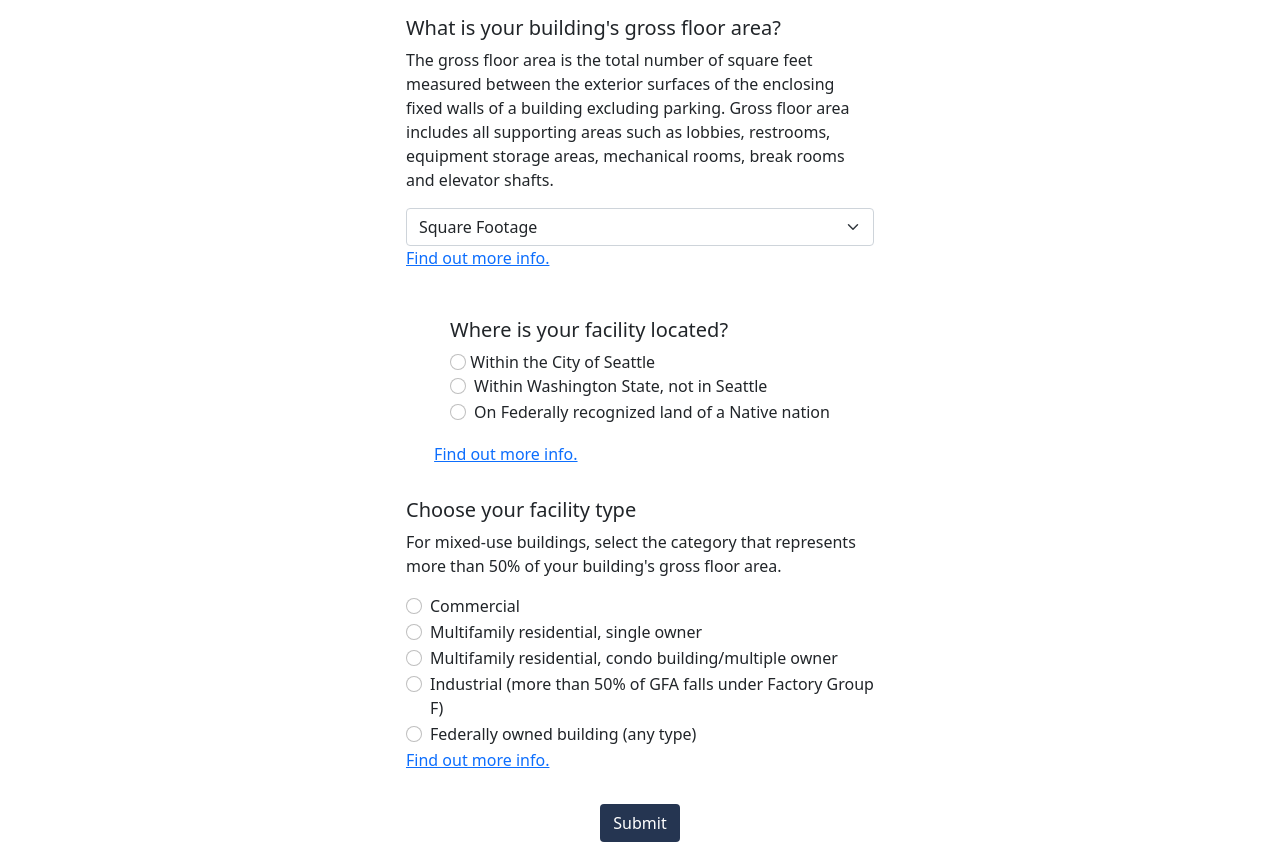
Repository: ChaidGPT/SershonSystemsQuiz
Page: index.html
An editor plug-in stored every save of this project. The page is shown before and after the next save, followed by the edit.
The browser window is 1280 px wide. The pictures show the whole page.

Above is the page before, as saved 2023-07-07 11:39:58.

After the next save:
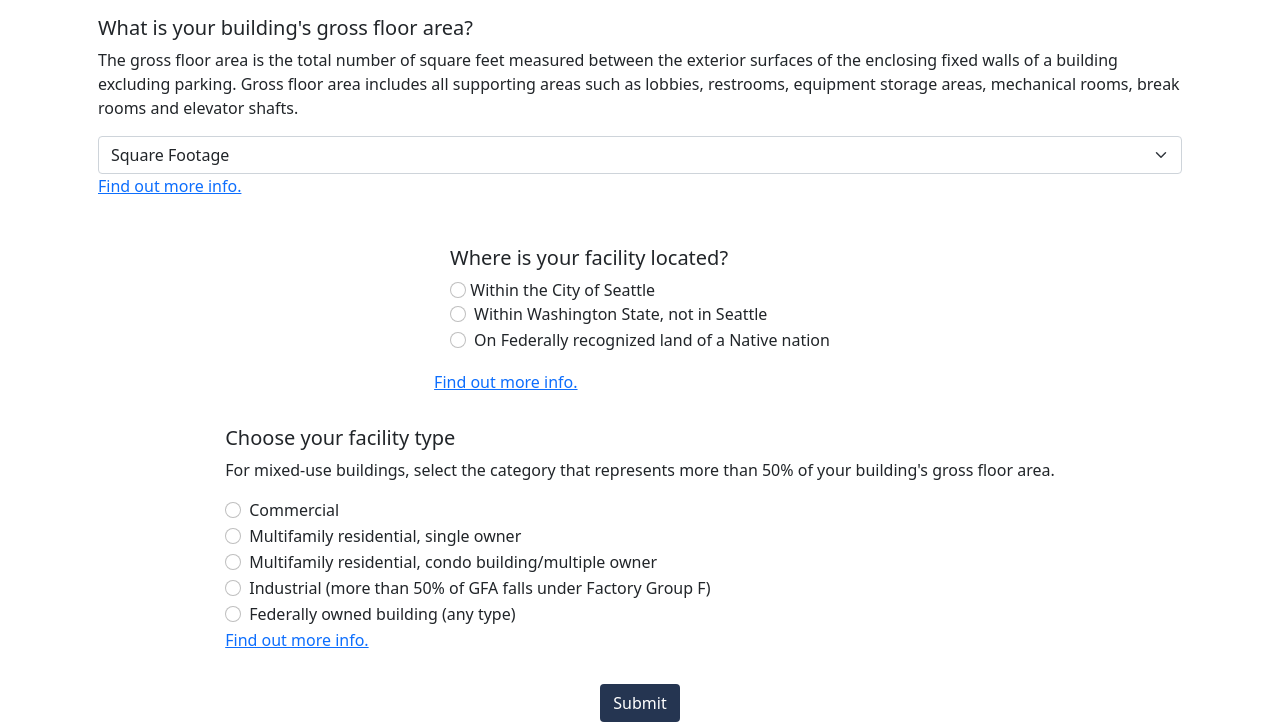
Saved 67 s later.
--- a/index.html
+++ b/index.html
@@ -7,7 +7,7 @@
 	<link rel="stylesheet" href="https://cdn.jsdelivr.net/npm/bootstrap@5.0.2/dist/css/bootstrap.min.css">
 	<style>
 	.card {
-		max-width: 500px;
+		max-width: none;
 		min-width: 375;
         border: none;
 	}
